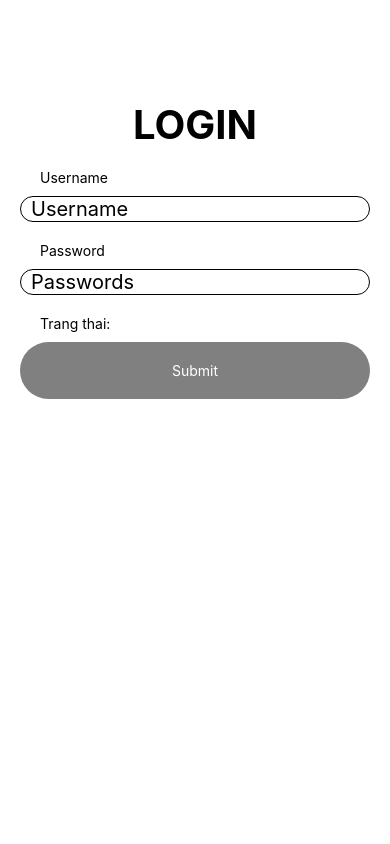
Repository: vietnguyenhoangw/ReactNative-FirstApplication
Screen: /
An editor plug-in stored every save of this project. The screen is shown before and after the next save, followed by the edit.
The app was drawn by React Native's web renderer in a window 390 px wide. The project was rebuilt for these pictures with package versions that can differ from the ones it lists, and the page was loaded fresh each time.

Above is the screen before, as saved 2019-12-11 09:45:38.

### App.js
// import thu vien

import React, {Component} from "react"

import {
  View,
  Text,
  StyleSheet,
  TextInput,
  TouchableOpacity,
} from "react-native"

// code class, component : render

class HelloWorld extends Component {

  constructor(props) {
    super(props);

    this.state = {
      username: '',
      password: '',
      text: '',
    }
  }

  click() {
    var Username = "aaa";
    var Password = "bbb";

    if (this.state.username != Username) {
      console.log('Sai username, password')
      this.setState({
        text : "Sai username, password"
      })
    }else {
      if (this.state.password != Password) {
        console.log('Sai username, password')
        this.setState({
          text : "Sai username, password"
        })
      }
      else {
        console.log('Thanh Cong')
        this.setState({
          text : "Thanh cong"
        })
      }
    }
  }

  render() {
    return(
      <View style={styles.viewOnScreen}>

        <View style={styles.viewHeader}>

          <Text style={styles.textTitle}>LOGIN</Text>

        </View>

        <View style={styles.body}>

          <Text style={styles.textUser}>Username</Text>

          <TextInput
            style={styles.textInput}
            placeholder = "Username"
            onChangeText={(text) => this.setState({username:text})}/>

          <Text style={styles.textUser}>Password</Text>

          <TextInput style={styles.textInput}
           placeholder = "Passwords"
           onChangeText={(text) => this.setState({password:text})} />

          <Text style={styles.textUser}>Trang thai: {this.state.text}</Text>

          <TouchableOpacity
            style={styles.btn}
            onPress={() => {this.click()}}>
            <Text style={styles.textBtn}>Submit</Text>
          </TouchableOpacity>

        </View>

      </View>
    );
  }
}

const styles = StyleSheet.create({
  viewOnScreen: {
    width: '100%',
    height: '100%'
  },
  viewHeader: {
      width:'100%',
  },
  textTitle: {
    textAlign:'center',
    marginTop: 100,
    marginBottom: 20,
    fontWeight:'bold',
    fontSize: 40
  },
  textUser: {
    marginLeft: 40,
    marginRight: 20,
    marginBottom: 10,
  },
  textInput:{
    borderRadius:50,
    marginBottom: 20,
    marginLeft: 20,
    marginRight: 20,
    borderWidth:1,
    borderColor: 'black',
    fontSize:20,
    paddingLeft: 10,
    paddingRight: 10
  },
  btn: {
    borderRadius:50,
    backgroundColor:'gray',
    marginLeft: 20,
    marginRight: 20,
    padding:20,
  },
  textBtn: {
    width:'100%',
    color: 'white',
    textAlign:'center',
  }
});

export default HelloWorld

After the next save:
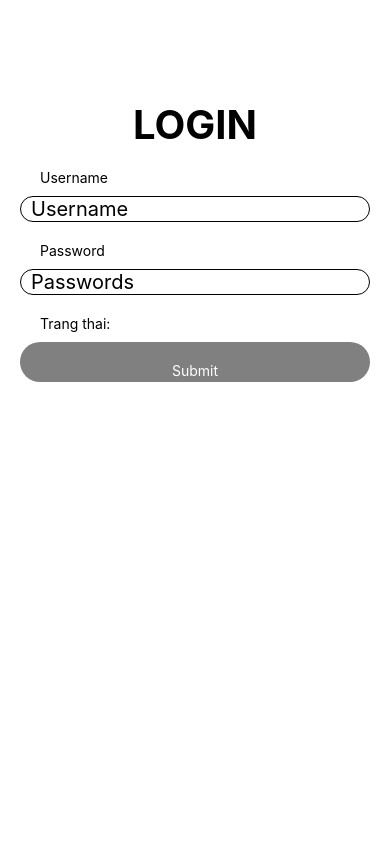
Saved 30 s later.
--- a/App.js
+++ b/App.js
@@ -121,6 +121,7 @@ const styles = StyleSheet.create({
     paddingRight: 10
   },
   btn: {
+    height:30,
     borderRadius:50,
     backgroundColor:'gray',
     marginLeft: 20,
